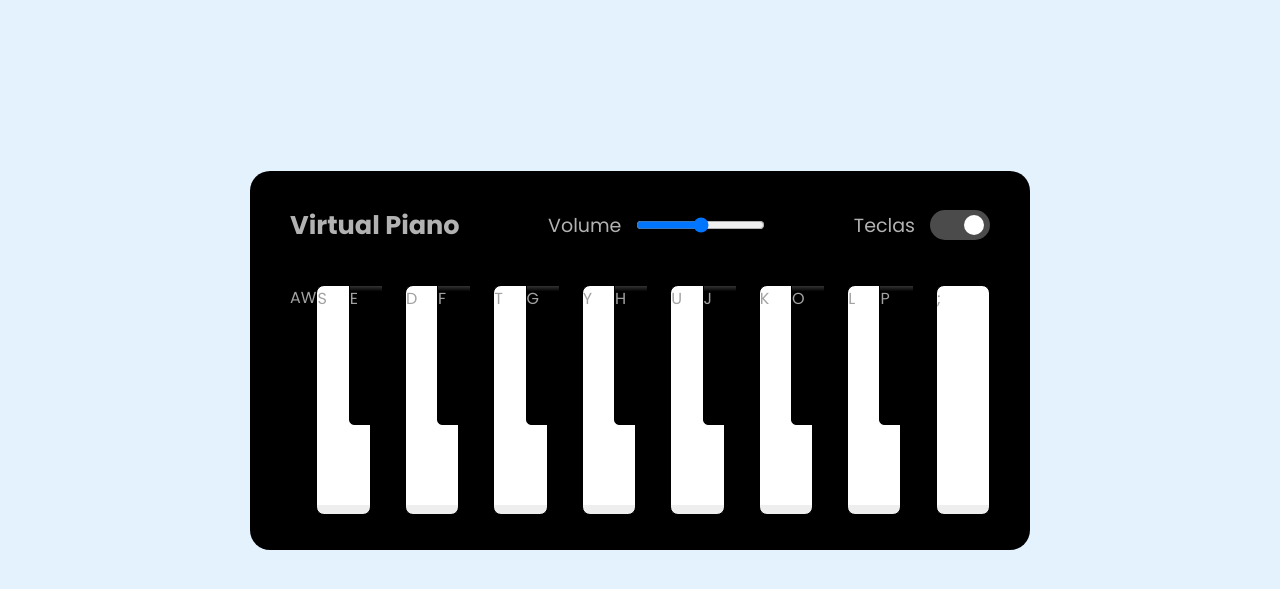
Repository: gustavotwist/simulador-piano
Page: index.html
The author's editor kept a copy of each file at every save. The page is drawn from the files as they stood at one save, then again after the next save.
The browser window is 1280 px wide. The pictures show the whole page.

Above is the page before, as saved 2024-11-30 17:59:24.

### index.html
<!DOCTYPE html>
<html lang="pt-br">
<head>
    <meta charset="UTF-8">
    <meta name="viewport" content="width=device-width, initial-scale=1.0">
    <title>Piano Simulator</title>

    <!-- styles -->
    <link rel="stylesheet" href="./src/styles/reset.css">
    <link rel="stylesheet" href="./src/styles/main.css">

    <!-- fonts -->
    <link rel="preconnect" href="https://fonts.googleapis.com">
    <link rel="preconnect" href="https://fonts.gstatic.com" crossorigin>
    <link href="https://fonts.googleapis.com/css2?family=Poppins:ital,wght@0,100;0,200;0,400;0,700;1,100;1,200;1,300;1,400&display=swap" rel="stylesheet">
</head>

<body>
    <div class="container">
        <header>
            <h2>Virtual Piano</h2>
            <div class="column volume-slider">
                <span>Volume</span> <input type="range">
            </div>
            <div class="column keys-check">
                <span>Teclas</span> <input type="checkbox" checked>
            </div>
        </header>
        <ul class="piano-keys">
            <li class="key"><span>a</span></li>
            <li class="key"><span>w</span></li>
            <li class="key white"><span>s</span></li>
            <li class="key black"><span>e</span></li>
            <li class="key white"><span>d</span></li>
            <li class="key black"><span>f</span></li>
            <li class="key white"><span>t</span></li>
            <li class="key black"><span>g</span></li>
            <li class="key white"><span>y</span></li>
            <li class="key black"><span>h</span></li>
            <li class="key white"><span>u</span></li>
            <li class="key black"><span>j</span></li>
            <li class="key white"><span>k</span></li>
            <li class="key black"><span>o</span></li>
            <li class="key white"><span>l</span></li>
            <li class="key black"><span>p</span></li>
            <li class="key white"><span>;</span></li>
        </ul>

    </div>

    <script src="./src/scripts/engine.js"></script>
</body>
</html>

### src/styles/reset.css
* {
    margin: 0;
    padding: 0;
    box-sizing: border-box;
    outline: none;
    font-family: "Poppins", sans-serif;
}

### src/styles/main.css
body {
    display: flex;
    align-items: center;
    justify-content: center;
    min-height: 100vh;
    background-color: #e3f2fd;
    color: #fff;
}

.container {
    width: 780px;
    border-radius: 20px;
    padding: 35px 40px;
    background-color: black;
}

.container header {
    color: #b2b2b2;
    display: flex;
    align-items: center;
    justify-content: space-between;
}

header h2 {
    font-size: 1.6rem;
}

header .column {
    display: flex;
    align-items: center;
}

header .column span {
    font-weight: 500;
    margin-right: 15px;
    font-size: 1.19rem;
}

.Volume-slider input {
    accent-color: #fff;
}

.keys-check input {
    width: 60px;
    height: 30px;
    appearance: none;
    border-radius: 30px;
    background-color: #4b4b4b;
    cursor: pointer;
    position: relative;
}

.keys-check input::before {
    content: "";
    height: 20px;
    width: 20px;
    background-color: #8c8c8c;
    top: 50%;
    left: 0.3rem;
    border-radius: inherit;
    position: absolute;
    transform: translateY(-50%);
    transition: all 0.3s ease;
}

.keys-check input:checked::before {
    left: 2.1rem;
    background-color:#fff;
}

.piano-keys {
    display: flex;
    margin-top: 40px;
}

.piano-keys .key {
    cursor: pointer;
    user-select: none;
    list-style: none;
    color: #a2a2a2;
    position: relative;
    text-transform: uppercase;
}

.piano-keys .white {
    width: 70px;
    height: 230px;
    border: 1px solid black;
    border-radius: 8px;
    background: linear-gradient(#fff 96%, #eee 4%);
}

.piano-keys .black {
    width: 44px;
    height: 140px;
    z-index: 2;
    margin: 0 22px 0 -22px;
    border: 1px solid black;
    border-radius: 0 0 5px 5px;
    background: linear-gradient(#333, #000 4%);
}

Loaded but not shown: src/scripts/engine.js (no copy from this time; the picture is the same without it)

After the next save:
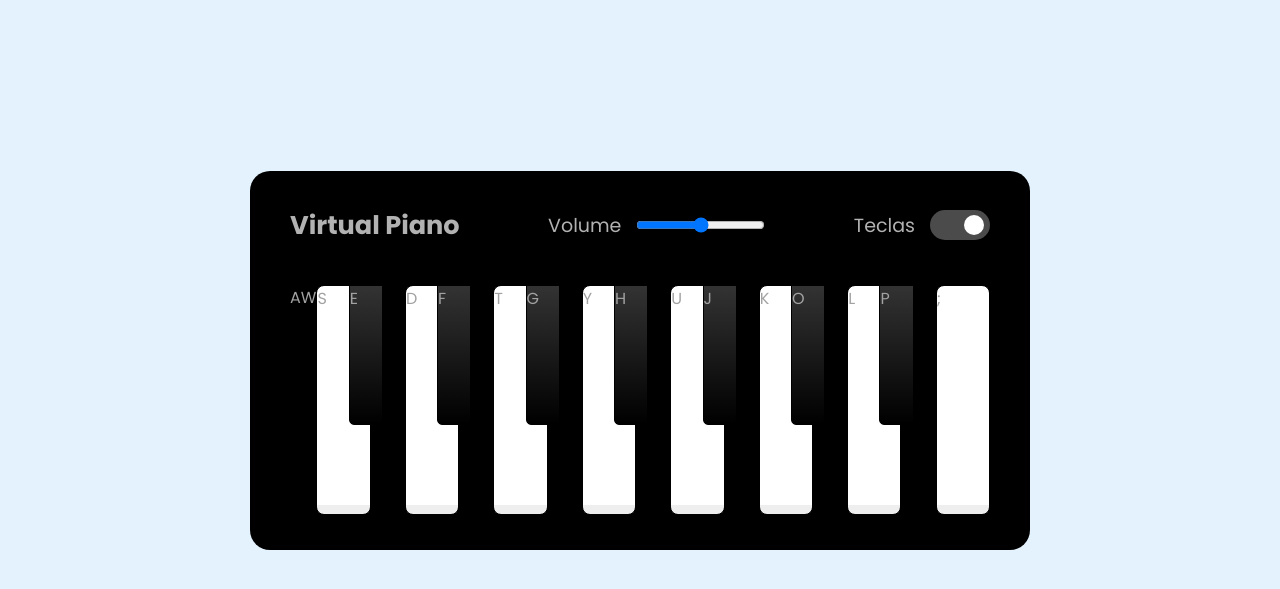
Saved 6 s later.
--- a/src/styles/main.css
+++ b/src/styles/main.css
@@ -97,5 +97,5 @@ header .column span {
     margin: 0 22px 0 -22px;
     border: 1px solid black;
     border-radius: 0 0 5px 5px;
-    background: linear-gradient(#333, #000 4%);
+    background: linear-gradient(#333, #000);
 }
